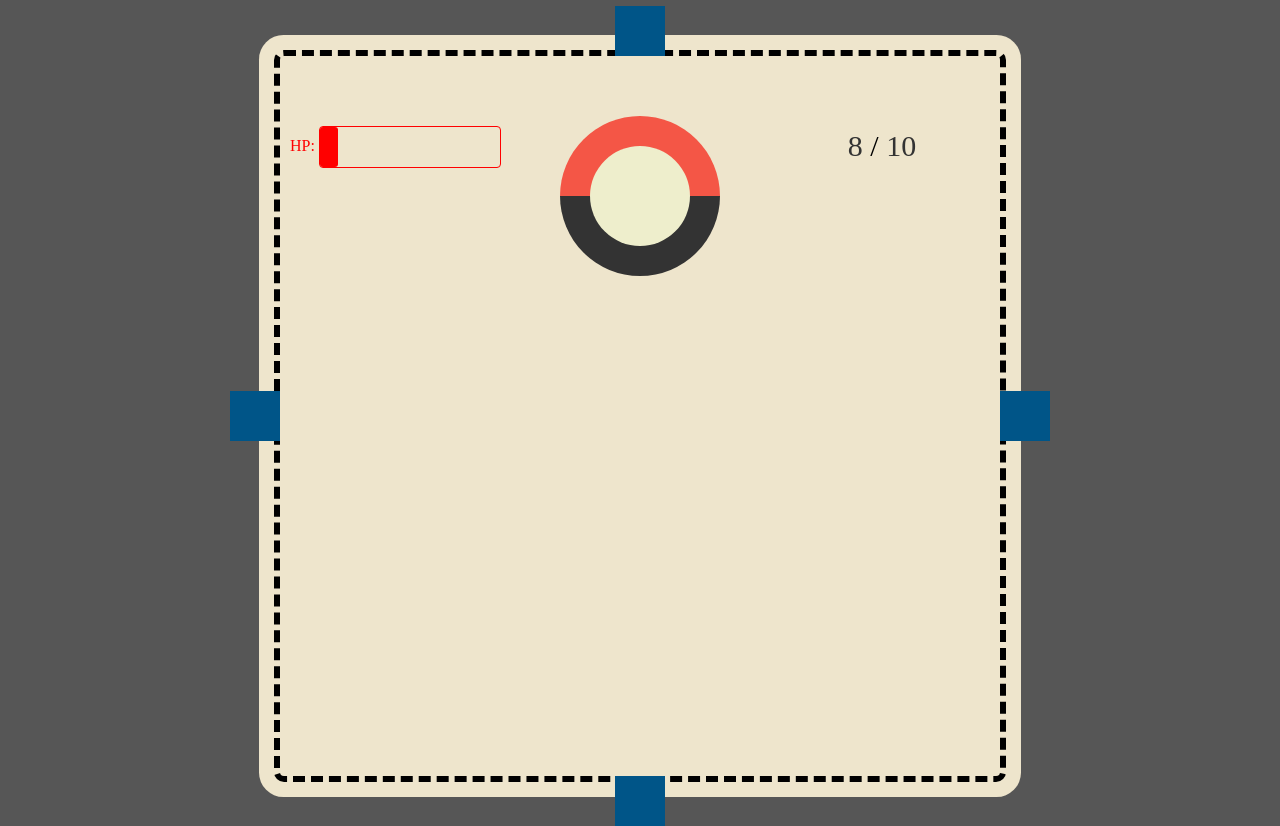
Repository: EEETA/ball-game
Page: theBall2/index.html
An editor plug-in stored every save of this project. The page is shown before and after the next save, followed by the edit.
The browser window is 1280 px wide. The pictures show the whole page.
After loading, the first visible `button.start` was clicked once.

Above is the page before, as saved 2018-08-03 16:43:04.

### theBall2/index.html
<!DOCTYPE html>
<html lang="en">
<head>
    <meta charset="UTF-8">
    <title>theBall</title>
	<link rel="stylesheet" href="style/index.css">
    <script src="js/jquery-1.8.3.min.js"></script>
	<script src="js/jquery.rotate.min.js"></script>
</head>
<body>
    <section class="box">
        <!-- 旋转div -->
        <section class="ball ballZhuan">
            <div class="redPart_box">
                <div class="redPart"></div>
            </div>
            <div class="blackPart_box">
                <div class="blackPart"></div>
            </div>
            <div class="middlePart"></div>
        </section>
        <div class="ball2"></div>

        <section class="idx_pattern">
            <!-- 主界面-游戏模式 -->
        </section>
        <section class="idx_intro">
            <!-- 主界面-游戏玩法 -->
        </section>

        <section class="game_mask">
        <!-- 游戏界面-娱乐模式遮罩提示层 -->
        </section>
        <div class="arrow">
            <!-- 升级效果 -->
        </div>
        <section class="game_shootBox">
            <!-- 游戏界面-小球发射台 -->
        </section>
        <section class="game_fraction">
            <!-- 游戏界面-分数血量显示 -->
        </section>
        <section class="game_hanlder">
            <!-- 游戏界面-结束模块 -->
        </section>
    </div>

    <script src="data/data.js"></script>
    <script>
        const patternLen = pattern.length;
        const idxPattern = document.querySelector('.idx_pattern');
        const idxIntro = document.querySelector('.idx_intro');
        const gameShootBox = document.querySelector('.game_shootBox');
        const gameFraction = document.querySelector('.game_fraction');
        const gameHanlder = document.querySelector('.game_hanlder');
        const gameMask = document.querySelector('.game_mask');
        var my=[];
        /*主界面-游戏模式*/
        for(var i=0;i<patternLen;i++){
            let idxPatternMain=`<div class="playWrap">
                                    <div class="playTit"> ${pattern[i].patternName} </div>
                                    <div class="playIntroduce">
                                        <div class="playIntroduceTxt">1.通关条件 <span style="color:#EE8E4E"> ${pattern[i].explain.condition} </span></div>
                                        <div class="playIntroduceTxt">2. ${pattern[i].explain.produce} </div>
                                    </div>
                                    <button class="start">START</button>
                                </div>`
            idxPattern.innerHTML+=idxPatternMain;
        }
        /*主界面-游戏玩法*/
        let produceTxt=`<div class="introTxt">
                            <div>
                                1.按空格键/AD可旋转 <img src="img/img1.png" alt="" class="sizeOne">
                            </div>
                            <div>
                                2.当<img src="img/img2.png" alt="" class="sizeOne">掉落时,根据模式将 <img src="img/img1.png" alt="" class="sizeOne"> 旋转到对应的颜色即可得1分,反之<span style="color:red">HP-1</span>
                            </div>
                            <div>
                                3.进入游戏后，每个玩家血量为5,右上角为分数面板 <img src="img/img3.png" alt="" class="sizeTwo"> 左侧为当前分数,右侧为当前关卡上限,分数达到上限即可进入下一关
                            </div>
                        </div>
                        <button class="introTxtBtn">游戏玩法</button>`
        idxIntro.innerHTML=produceTxt;



        /*游戏界面-小球发射台*/
        let gameShootBoxMain=`  <div class="launcher launT">

                                </div>
                                <div class="launcher launB">

                                </div>
                                <div class="launcher launL">

                                </div>
                                <div class="launcher launR">

                                </div>`
        gameShootBox.innerHTML+=gameShootBoxMain;

        /*游戏界面-小球发射台*/
        // let gameShootBoxMain=`<div class="top div_middle">
        //                             <div class="div_middle"></div>
        //                         </div>
        //                         <div class="bottom div_middle">
        //                             <div class="div_middle"></div>
        //                         </div>
        //                         <div class="left div_middle">
        //                             <div class="div_middle"></div>
        //                         </div>
        //                         <div class="right div_middle">
        //                             <div class="div_middle"></div>
        //                         </div>`
        // gameShootBox.innerHTML+=gameShootBoxMain;


        /*游戏界面-分数血量显示*/
        let gameFractionMain=`<div class="life">HP:
                                    <div class="hp_div">
                                        <div class="hp_div_main"></div>
                                    </div>
                                </div>
                                <div class="fraction">
                                    <span class="fraction_left"></span>
                                    /
                                    <span class="fraction_right"></span>
                                </div>`
        gameFraction.innerHTML=gameFractionMain;
        /*游戏界面-结束模块*/
        let gameHanlderMain=`<div class="interface">
                                <div class="over">Game Over</div>
                                <div class="success">成功通关</div>
                            </div>
                            <div class="button_box">
                                <button class="button_left">再玩一次</button>
                                <button class="button_right">返回大厅</button>
                            </div>`
        gameHanlder.innerHTML=gameHanlderMain;
        /*游戏界面-娱乐模式遮罩提示层*/
        let gameMaskMain=`<div class="Mask_span">
                                <span>按A键向左转</span>
                                <span>按D键向右转</span>
                            </div>
                            <span class="Mask_p">- 按空格键继续 -</span>`
        gameMask.innerHTML=gameMaskMain;
    </script>
    <script src="js/index.js"></script>
    <script src="js/animation.js"></script>
</body>
</html>

### theBall2/style/index.css
@charset "UTF-8";
html{background: #565656;}
body{-webkit-user-select:none;-moz-user-select:none;-ms-user-select:none; user-select:none;}
input{border: none;outline: none;-webkit-tap-highlight-color: #000000;-webkit-tap-highlight-color: rgba(0, 0, 0, 0);}
button{outline: none;}

.box{
    position: relative;
    margin: 50px auto 0;
    /* overflow: hidden; */
    width: 1080px;
    height: 720px;
    background: #eee5cc;
    border: 6px dashed #000;
    box-shadow: 0 0 0 15px #eee5cc;
    border-radius: 10px;
}
/*两种小球制作*/
.ball{
    position: relative;
    width: 160px;
    height: 160px;
    margin:60px auto 0;
    /* transform:rotate(0deg);
    -ms-transform:rotate(0deg);
    -moz-transform:rotate(0deg);
    -webkit-transform:rotate(0deg);
    -o-transform:rotate(0deg); */
    opacity:1
}
.redPart_box,.blackPart_box{
    height: 50%;
    overflow:hidden;
}
.redPart,.blackPart{
    position: relative;
    height: 160px;
    width: 160px;
    border-radius:50%
}
.redPart{background: #f45646;}
.blackPart{background: #333;top:-100%}
/* .redPart{background: #ff9b9b;}
.blackPart{background: #2aa1a7;top:-100%} */
.middlePart{
    position: absolute;
    left: 30px;
    top: 30px;
    width: 100px;
    height:100px;
    border-radius: 50%;
    background:#eec;
}
/* .ballZhuan{
    animation-name:rotate;
    animation-iteration-count: infinite;
    animation-duration: 4s;
    animation-timing-function: linear;
}
@keyframes rotate{
    0%{
        transform:rotate(0deg)
    }
    100%{
         transform:rotate(360deg)
    }
} */


.ball2{
    width: 0;
    height: 0;
    border-top:20px solid #f45646;
    border-bottom: 20px solid #333;
    border-left:20px solid #efa97a;
    border-right:20px solid #6dd3ce;
    border-width: 86px;
    position: absolute;
    top: calc(50% - 90px);
    left: calc(50% - 85px);
    opacity: 0;
    /* z-index: 10;
    transform:rotate(0deg); */
    border-radius: 50%;
}

/*小球发射*/
.launcher{
    position: absolute;
    margin: 0 auto;
    width: 50px;
    height: 50px;
    background: #058;
}
.launT{left: 0;right: 0;top: -50px;}
.launB{left: 0;right: 0;bottom: -50px;}
.launL{top: 50%;margin-top: -25px;left: -50px}
.launR{top: 50%;margin-top: -25px;right: -50px}
.launchBall{
    position: absolute;
    width: 100%;
    height:100%;
    background:#f45646;
    border-radius: 50%;
}


/*成功击中扩散动画*/
.ball_middle{
    height: 75px;
    width:75px;
    border-radius: 50%;
    background: #333;
    opacity:0.5;
    position: absolute;
    top: calc(50% - 37px);
    left:calc(50% - 37px);
}

.game_fraction{
    width: 100%;
    height: 80px;
    top:50px;
    position: absolute;
    display: none;
}
.life{width: 60%;height: 100%;display: inline-block;line-height: 80px;text-indent: 10px;color:#f00;}
.fraction{width: 30%;height: 100%;text-align: center;line-height: 80px;float: right;margin-right: 10px;font-size: 30px;}
.fraction span{color:#333;}
.firworks{width: 4px;height: 4px;position: absolute;border-radius: 50%}
.over,.success{position: absolute;top:43%;font-size: 60px;opacity:0;z-index: 30;width: 100%;text-align: center;}
.arrow{height: 300px;width: 500px;position: absolute;top: calc(50% - 150px);left: calc(50% - 250px);}
.arrow span{font-size: 30px;color: #333;position: absolute;left: calc(50% - 145px);top: 150px;opacity: 0;height: 100px;width: 300px;text-align: center;}
 .img{height:80px;width: 30px;position: absolute;}



.button_box{
    position: absolute;
    left:0;
    right:0;
    bottom:45px;
    margin:0 auto;
    width: 380px;
    display: none;
    opacity: 0;
}
.button_left,.button_right{
    height: 46px;
    width: 150px;
    background:#333;
    border-radius:3px;
    font-size: 24px;
    color:#fff;
    cursor:pointer;
    border:none;
}
.button_left:hover,.button_right:hover{background: #f45646;}
.button_left{float:left;}
.button_right{float:right;}


/************************************游戏玩法***********************************/
.introTxtBtn{
    position: absolute;
    bottom: 34px;
    font-size: 20px;
    cursor:pointer;
    z-index: 1000;
    left: calc(50% - 50px);
    height: 40px;
    width: 100px;
    text-align: center;
    line-height: 40px
}
.introTxtBtn:hover{
    background: #333;
    color: #fff;
}
.introTxt{
    width: 500px;
    height: 530px;
    left: calc(50% - 250px);
    top: calc(50% - 300px);
    line-height: 40px;
    background: #fff;
    border-radius: 5px;
    display: none;
    z-index: 1001;
    position: absolute;
}
.sizeOne,.sizeTwo{
    position:relative;
    top: 10px;
}
.sizeOne{width: 40px;}
.sizeTwo{width: 80px;}
.introTxt div{margin:30px auto;width: 90%;font-size: 24px}
.introTxt p{display: inline-block;}



.hp_div{display: inline-block;width: 180px;height: 40px;border:1px solid red;vertical-align:middle;border-radius: 4px;}
.hp_div_main{height: 100%;width: 100%;background: red;border-radius: 3px;}


.game_mask{
    display: none;
    position: absolute;
    width: 100%;
    height: 100%;
    top: 0;
    left: 0;
    background: rgba(51,51,51,.5);
    font-size: 30px;
    color: #fff;
    z-index: 1;
}
.Mask_span{
    position: absolute;
    top:calc(50% - 100px);
    opacity: 1;
    width: 100%;
    text-align: center;
    line-height: 100px;
}
.Mask_span span{
    display: block;
}
.Mask_p {
    position: absolute;
    bottom: 150px;
    width: 100%;
    text-align: center;
    font-size:40px;
    color: #000;
    animation-name:opacity;
    animation-iteration-count: infinite;
    animation-duration: 1.8s;
}
@keyframes opacity{
    0%{
        opacity:0
    }
    50%{
        opacity: 1
    }
    100%{
        opacity:0
    }
}


/*playFour*/
.idx_pattern{
    overflow:auto;
    position: relative;
    margin: 0 auto;
    width: 90%;
    margin-top: 90px;
}
.playWrap{
    overflow: hidden;
    position: relative;
    float:left;
    width: 32%;
    height: 280px;
    background:#fff;
    color:#333;
    border-top: 30px solid;
}
.playWrap:nth-child(2){margin: 0 2%;}
.playWrap:hover{
    background: rgba(255,255,255,.7)
}
.playTit{
    /* width: 100%; */
    border-bottom: 1px solid #000;
    font-size: 24px;
    line-height: 50px;
    text-indent: 10px;
}
.playIntroduce{
    font-size: 18px;
    text-align: left;
    line-height: 30px;
    margin: 0 auto;
    width: 94%;
}
.start{
    position:absolute;
    bottom:0;
    left:0;
    right:0;
    width: 200px;
    height: 46px;
    background: #EE8E4E;
    color: #fff;
    outline: none;
    margin: 0 auto 20px;
    cursor: pointer;
    border: none;
}
.start:hover{background: rgba(51,51,51,1)}

### theBall2/data/data.js

/*
patternName：模式名称
explain：游戏说明
condition：过关条件
produce：关卡介绍
tip：其他
*/
var pattern=[
    {
        patternName:'标准模式',
        explain:{
            condition:'100分',
            produce:'关卡为5个，得满100分即为通关',
            tip:''
        }
    },
    {
        patternName:'颠倒模式',
        explain:{
            condition:'60分',
            produce:'关卡为3个，小球撞击位置需与发球相反，游戏难度随得分增加',
            tip:''
        }
    },
    {
        patternName:'娱乐模式',
        explain:{
            condition:'无',
            produce:'关卡不限，游戏难度随得分增加',
            tip:''
        }
    }
]
var gameInit=[
    {
        hp:1,
        hp_box:10,
        fraction:0,
        toplimit:10,

    }
]
// var gameHanlder={
//     gameOver="Game Over",
//     gameSuccess="游戏通关",
// }

### theBall2/js/index.js



var time=new Date();/*时间差*/
var numList,
background,
hp,/*给予血量*/
hp_box,/*总血量*/
fail_hp,/*当前血量*/
fractionNow,/*现有得分*/
fractionNeed,/*升级需要得分*/
speed,
delayed,
direction,
interval,
negative,
numbox,
numList=0;
negative=0;
delayed=0;
interval=300;

const idxW=1080;/*主界面宽高*/
const idxH=720;
const gameW=720;/*游戏宽高*/
const gameH=720;
const ballFour=['#f45646','#333','#efa97a','#6dd3ce'];/*小球颜色*/

let patternNow;/*当前模式*/
let launchNum=2;/*默认发球为两个*/
let degree=-180;/*每次旋转的度数*/
let visited=false;/*是否进入过娱乐模式*/
let box=$('.ball');


const start=document.querySelectorAll('.start');


window.onload=function(){
    $('.ball').addClass("ballZhuan");
    $(".introTxtBtn").mouseover(function(){$('.introTxt').stop().fadeIn(400);})
	$(".introTxtBtn").mouseout(function(){$('.introTxt').stop().fadeOut(400);})
    choose();
}

function choose(){//进入对应模式
	for(let i=0;i<start.length;i++){
        start[i].onclick=function(){
            $('.idx_pattern').fadeOut(300);
            $('.introTxtBtn').fadeOut(300);
            patternNow=i;/*存储模式*/
            initInfo(patternNow);


            /*小球位置及角度就绪*/
            // $('.ball').animate({top:'210px'},500,function(){
            //     $(this).removeClass("ballZhuan");
            //     if(patternNow!=2){
            //         $(this).rotate({animateTo:-180,duration:600});/*这一步尤为重要，得分是在-180°上去迭代完成的，角度不转会十分生硬*/
            //         numList=-180;
            //         setTimeout(function(){
            //             appendball(patternNow);
            //         },1200)
            //     }
            //     else if(patternNow==2){
            //         rotate_transition(".ball",".ball2");
            //         if(!visited){
            //             $('.game_mask').fadeIn(300);
            //         }else{
            //             setTimeout(function(){
            //                 appendball(patternNow);
            //             },1200)
            //         }
            //     }
            // })
        }
	}
}

function initInfo(patternNow){
    hp=1;
    hp_box=10;
    fail_hp=hp*100/hp_box;
    fractionNow=8;
    if(!patternNow){fractionNeed=10;}
    else{fractionNeed="∞";}
    speed=1400;

    /*颠倒模式互换颜色*/
	if(patternNow==1){
		$('.redPart').css('background','#333');
		$('.blackPart').css('background','#f45646');
    }

	if(patternNow==2){
		speed=2000;
	    numList=-360;
	    launchNum=4;
	    degree=-90;
		// delayed=1100;
	}
	if(patternNow==2&&visited==true){
		box.rotate({
            animateTo:degree,
            duration:450,
        });
	}
    $('.fraction_left').html(fractionNow);
    $('.fraction_right').html(fractionNeed);
    $('.hp_div_main').animate({width:fail_hp+"%"});

    box_animation(gameW,gameH,500);
    $('.game_fraction').fadeIn(500);
}

/*关卡设置*/
// function levelUp(patternNow){
// 	if(patternNow==0 || patternNow==2){
// 		if(fractionNow%10==0){
// 	        callarrow("速度加快");
// 			speed-=100;
// 	        delayed=1100;
// 		}
// 	}
// 	if(patternNow==1){
// 		if(fractionNow==10){
// 	        callarrow("速度加快");
// 	        speed-=200;
// 	        fractionNeed=30;
// 	        delayed=1100;
// 		}
// 	    if(fractionNow==30){
// 	        callarrow("lalala");
// 	        speed-=100;
// 	        fractionNeed=50;
// 	        delayed=1100;
// 	    }
// 	}
// }

function appendball(patternNow){  //生成小球
    if(hp<=0){
        $('.over').animate({opacity:1},600,function(){
            $('.button_box').css('display','block');
            $('.button_box').animate({opacity:1},800)});
        return;
    }
	if(patternNow==1&&fractionNow==50){
        $('.success').animate({opacity:1},600,function(){
	            $('.button_box').css('display','block')
	            $('.button_box').animate({opacity:1},800)
	        });
	    return;
    }
    if(patternNow==2){
	    box=$('.ball2');
	    return;
    }

	// levelUp(patternNow);
    // $('.fraction_right').html(fractionNeed);
    /*需要两个控制随机，否则发球颜色和发射器顺序会固定*/
    let chooseColor=parseInt(Math.random()*launchNum);/*随机选择颜色*/
    let chooseBox=parseInt(Math.random()*launchNum);/*随机放到各发射器中*/

    $('<div class="launchBall" style="background:'+ballFour[chooseColor]+';"></div>').appendTo($('.launcher')[chooseBox]);
    var this_ball=$('.launchBall');
    setTimeout(function(){ballmove(this_ball,chooseBox,patternNow)},delayed);
}

/*小球运动*/
function ballmove(this_ball,box_num,patternNow){
    delayed=0;
    box_num < 2 ? (box_num==0 ? range=350 : range=-350) : (box_num==2 ? range=350 : range=-350);
    box_num < 2 ? direction='top' : direction='left';
    this_ball.animate(
        {[direction]:""+range+"px"},
        {duration:speed,
         easing:'linear',    // easing:'linear' 匀速直线运动
            progress:function(){
                var this_height=Math.floor($(this).offset().top)+$(this).height();
                var this_width=Math.floor($(this).offset().left)+$(this).width();
                var box_top=box.offset().top;
                var box_left=box.offset().left;
                var box_height=box.offset().top+box.height();
                var box_width=box.offset().left+box.width();

                if(launchNum == 2){ //两个方向
                    if(box_num < 2){  //上下
                        if(range==350){  //向下
                            if(this_height>=box_top+2){
                                movejudge(this,-270,-0,-90,-180,4,patternNow);
                            }
                        }else if(range==-350){  //向上
                            if($(this).offset().top<=box_height){
                                movejudge(this,-90,-180,-270,-0,4,patternNow);
                            }
                        }
                     }
                }
                else if(launchNum==4){ //四个方向
                    if(box_num < 2){  //上下
                        if(range==350){  //向下
                            if(this_height>=box_top+2){
                                 movejudge(this,-270,-0,-90,-180,5,patternNow);
                            }
                        }else if(range==-350){  //向上
                            if($(this).offset().top<=box_height+170){
                                 movejudge(this,-90,-180,-270,-0,5,patternNow);
                            }
                        }
                    } else if(box_num >= 2){   //左右
                        if(range==350){    //向右
                            if(this_width>=box_left+2){
                                movejudge(this,-0,-90,-180,-270,5,patternNow);
                            }
                        }else if(range==-350){  //向左
                            if(this_width <= box_width+218){
                                 movejudge(this,-180,-270,-0,-90,5,patternNow);
                            }
                        }
                    }
                }
            }
        }
    )
}


document.addEventListener('keydown',ballPlay,false);
function ballPlay(){
    if(launchNum==2&&event.keyCode==32){//只有两种颜色
        if(new Date()-time>interval){
            numList+=degree;
            box.rotate({
                animateTo:numList,
                duration:450,
            });
            time=new Date();
        }
    }
    else if(launchNum==4){  //四钟颜色
        // if(event.keyCode==32 && visited==false){   //遮罩按空格
        //     visited=true;
        //     $('.game_mask').fadeOut(300);
	    //   	appendball();
        // }
        if(event.keyCode==65){   //左
            numList+=degree;
            negative=numList;
            if(numList>0){   //度数往右转 度数变为正数时
                if(numList%360==90 || numList%360==270){
                    negative=-numList-180;
                }
                if(numList%360==0 || numList%360==180){
                    negative=-negative
                }
            }
            box.rotate({
                    animateTo: numList,
                    duration:340,
            });
        }
        if(event.keyCode==68){  //右
            numList-=degree;
            if(numList<0) negative+=degree;
            if(numList>0) {
                if(numList%360==0 || numList%360==180){
                    negative=-numList;
                }
                if(numList%360==90 || numList%360==270){
                    negative=-numList-180;
                }
            };
            box.rotate({
                    animateTo: numList,
                    duration:340,
            });
        }
  	}
}

/*再玩一次&&返回主界面*/
const buttonLeft=document.querySelector('.button_left');
const buttonRight=document.querySelector('.button_right');
buttonLeft.addEventListener('click',playAgain,false)
buttonRight.addEventListener('click',backIdx,false)
function playAgain(){
    $('.over,.success,.button_box').animate({opacity:0},200);
    $('.button_box').css('display','none');

    initInfo(patternNow);
    setTimeout(function(){
        appendball(patternNow);
    },1200)
}
function backIdx(){
    box_animation(idxH,idxW,500);
	degree=-180;
	negative=0;
	speed=1200;
    numList=0;
	delayed=0;
	// num_number=2;
	launchNum=2;
	$('.blackPart').css('background','#333');
	$('.redPart').css('background','#f45646');
    rotate_transition(".ball2",".ball");
	box=$('.ball');

   	$('.game_fraction').fadeOut(300);
    $('.button_box').css('display','none');
    $('.over,.success').animate({opacity:0},100);
    $('.ball').animate({top:'0px'},500,function(){
        $(this).addClass("ballZhuan");
	})
	setTimeout(function(){
		$('.introTxtBtn').fadeIn(300);
		$('.idx_pattern').fadeIn(300);
   	},800)
}

Loaded but not shown: theBall2/js/jquery-1.8.3.min.js (library); theBall2/js/jquery.rotate.min.js (library); theBall2/js/animation.js (158 lines, source omitted)

After the next save:
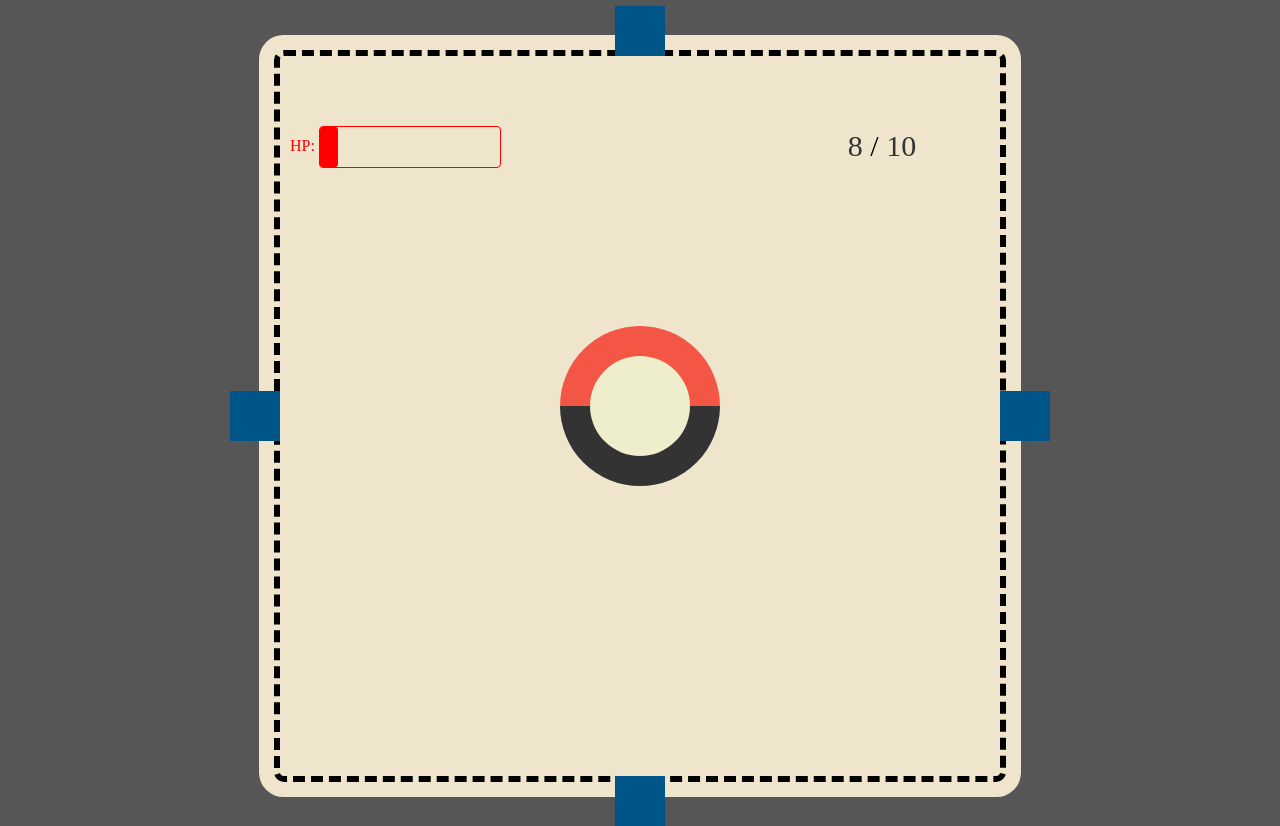
Saved 97 s later.
--- a/theBall2/js/index.js
+++ b/theBall2/js/index.js
@@ -111,6 +111,11 @@ function initInfo(patternNow){
 
     box_animation(gameW,gameH,500);
     $('.game_fraction').fadeIn(500);
+
+    $('.ball').animate({top:'210px'},500,function(){
+        $(this).removeClass("ballZhuan");
+
+    })
 }
 
 /*关卡设置*/
